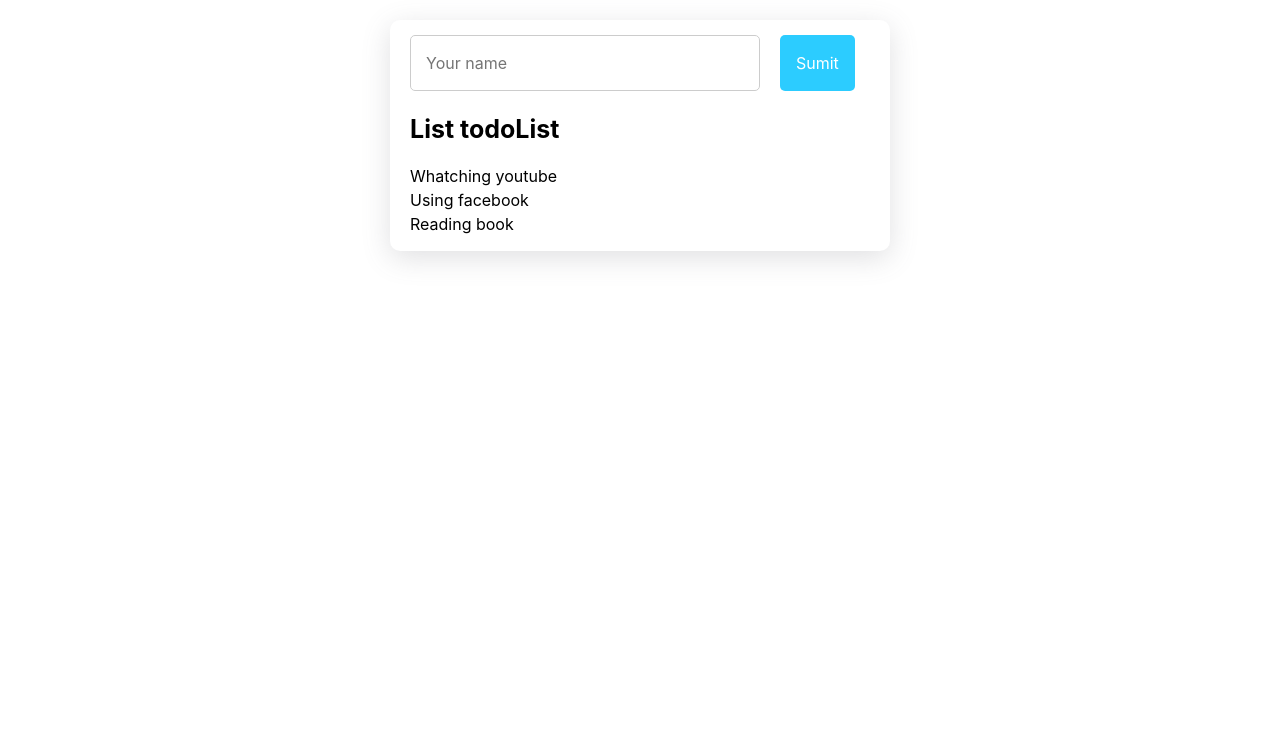
Repository: hoang0508/ReactJsHoiDanIT
Page: /
These files come from the project's save history. The page is drawn as it stood at one moment and after the next save; the edit follows.
The browser window is 1280 px wide. The pictures show the whole page.
The project was rebuilt for these pictures with package versions that can differ from the ones it lists, and the page was loaded fresh each time.

Above is the page before, as saved 2022-02-04 16:27:41.

After the next save:
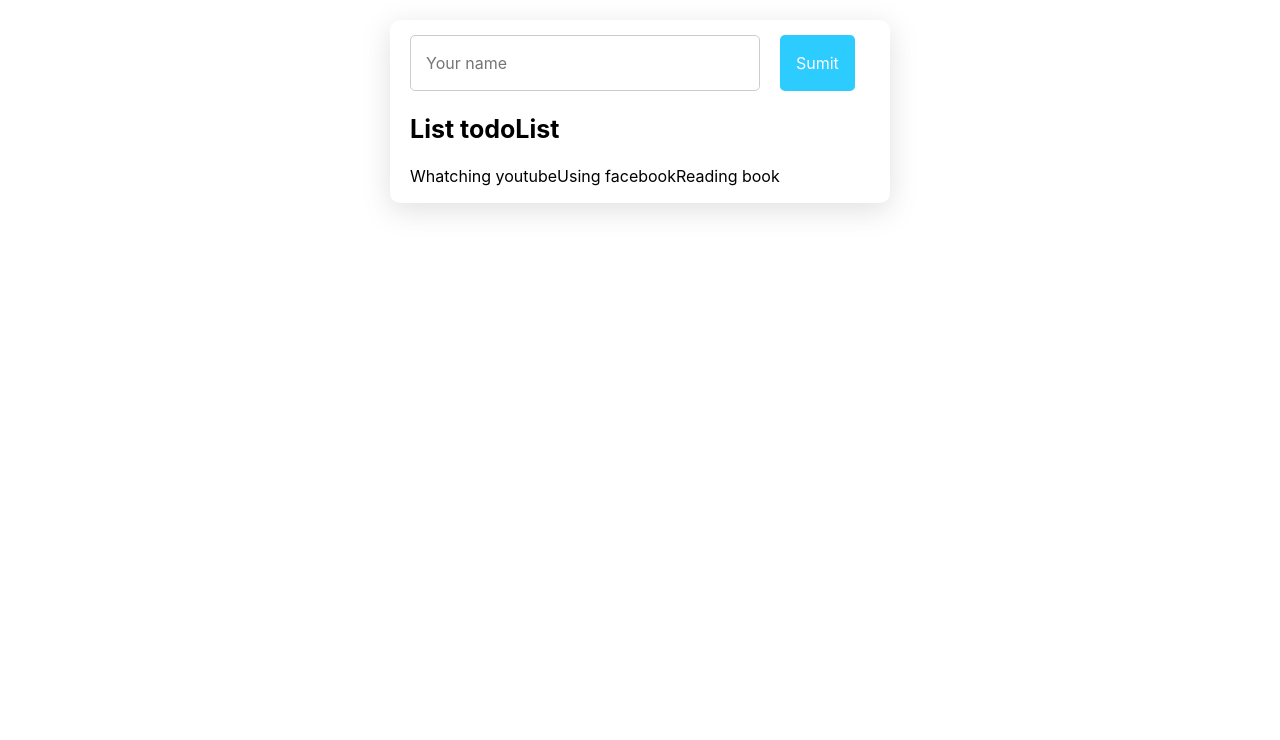
Saved 4 s later.
--- a/src/components/TodoApp/TodoList.scss
+++ b/src/components/TodoApp/TodoList.scss
@@ -32,7 +32,7 @@
     font-size: 25px;
     margin-bottom: 15px;
   }
-  &-item {
+  &-list {
     display: flex;
     flex-wrap: wrap;
     align-items: center;
